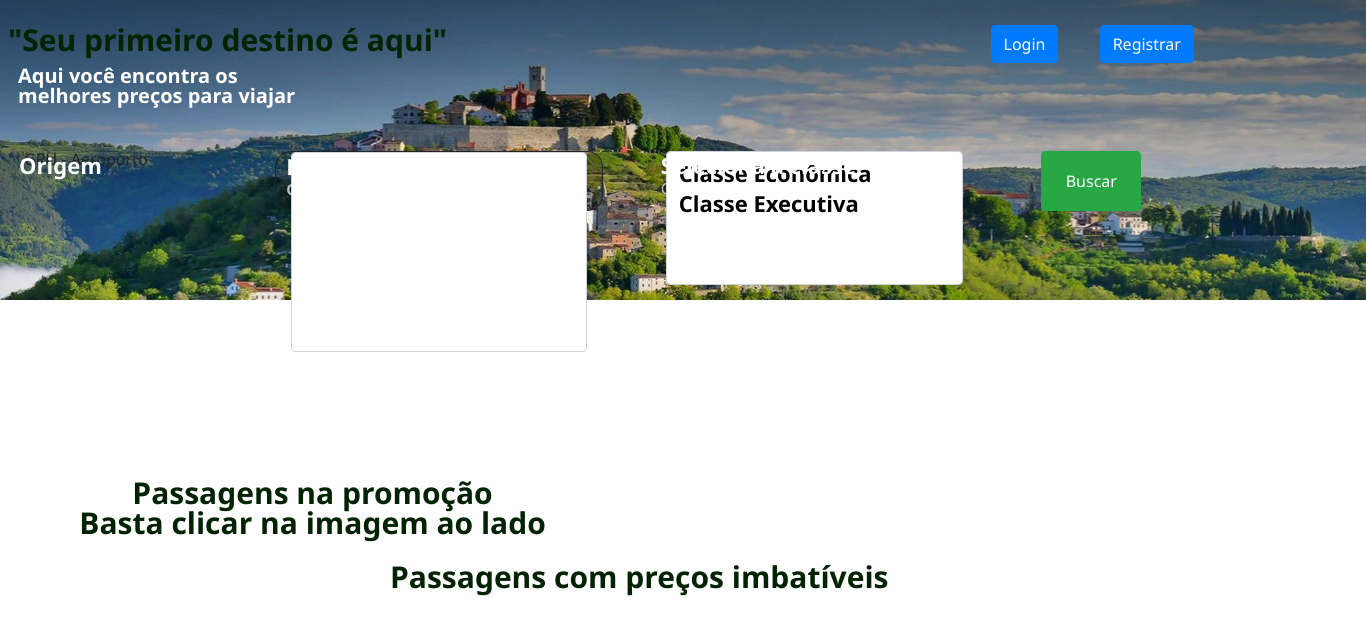
Repository: VictorFlay/Aplicacao-WEB
Page: http://localhost/ProjetoWeb/
These files come from the project's save history. The page is drawn as it stood at one moment and after a run of saves; the edit follows.
The browser window is 1280 px wide. The page is 1366 px wide, so the pictures cover 1366 px, including what lies to the right of the window. The pictures show the whole page.
Some web libraries are served in a nearby version. The page is served by Tomcat 9. Queries for data that is not in the repository find no rows.

Above is the page before, as saved 2021-07-17 03:06:53.

After the next 2 saves:
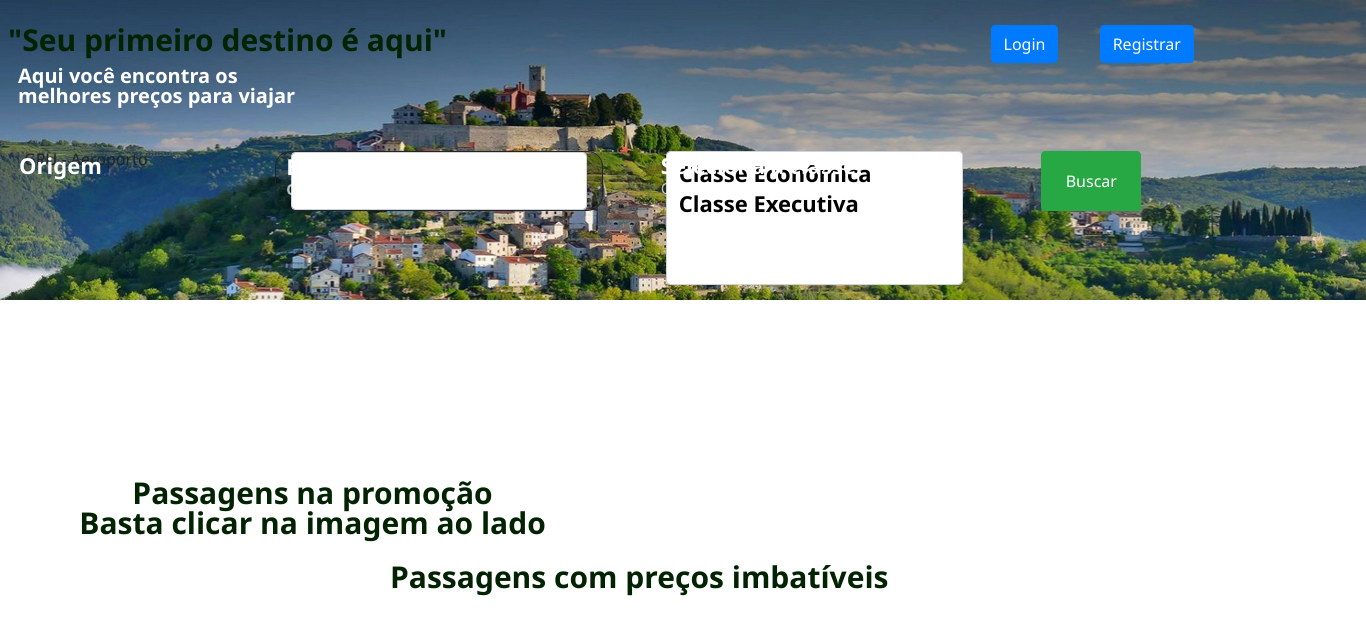
The 2 saves are shown as one change because they came seconds apart.
The last was saved 6 min 54 s later.
--- a/ProjetoWeb/WebContent/css/design.css
+++ b/ProjetoWeb/WebContent/css/design.css
@@ -54,6 +54,8 @@
 
 .buscarlocalizacao{
 	display: flex;
+    flex-direction: column;
+    justify-content: center;
     width: 300px;
     height: 60px;
     border: 1px solid;
